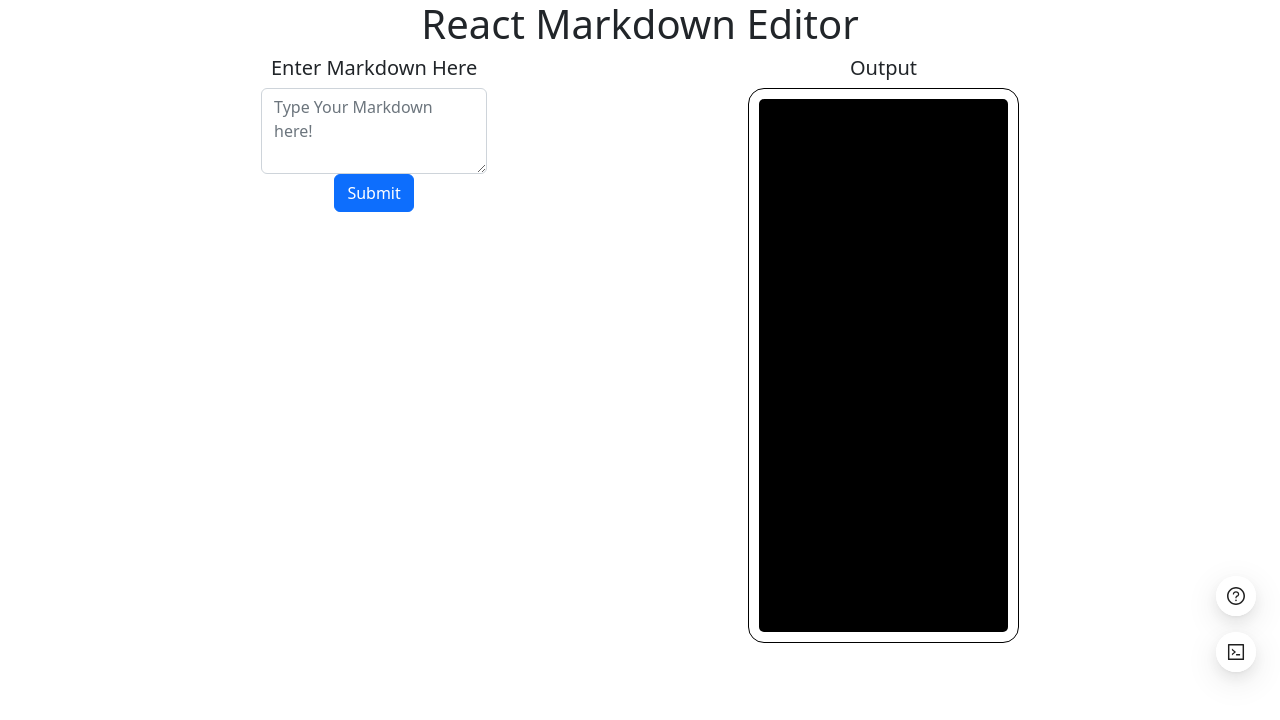
Repository: devkthines/md-editor
Page: /
These files come from the project's save history. The page is drawn as it stood at one moment and after the next save; the edit follows.
The browser window is 1280 px wide. The pictures show the whole page.
The project was rebuilt for these pictures with package versions that can differ from the ones it lists, and the page was loaded fresh each time. Also part of the build but not shown: src/pages/preview.js, src/components/navbar.js, src/pages/home.js.

Above is the page before, as saved 2023-12-06 22:00:35.

After the next save:
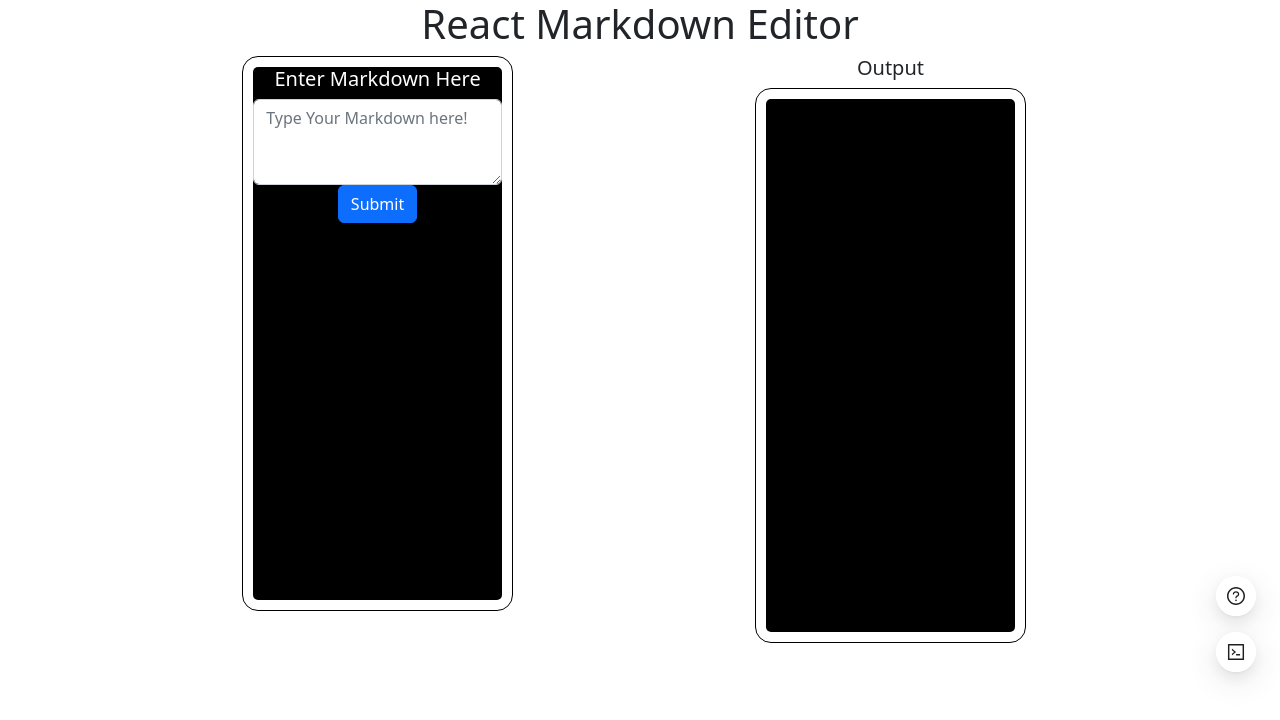
Saved 8 s later.
--- a/src/styles/style.css
+++ b/src/styles/style.css
@@ -4,7 +4,7 @@
     box-sizing: border-box;
 }
 
-#mdEdView {
+#edBox,#mdEdView {
     width: 270.71999999999997px;
     height: 554.88px;
     background-color: black;
